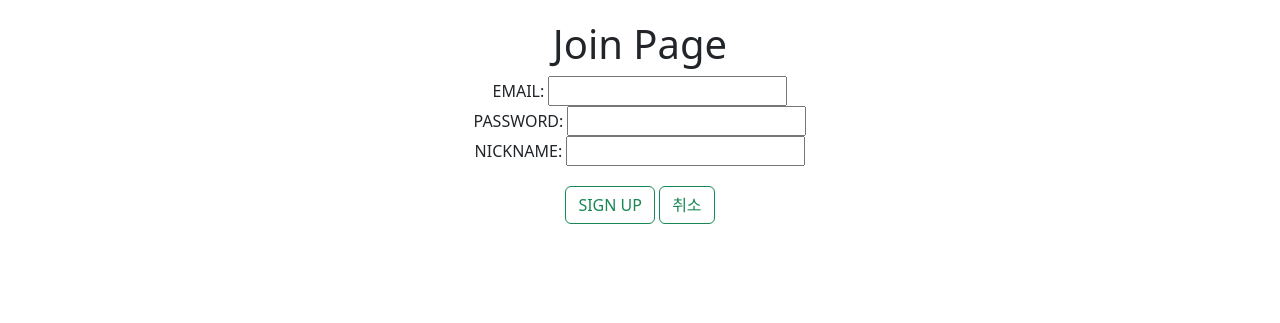
Repository: Raneechoi/java2022_09_03
Page: http://localhost/Project/mem/join
These files come from the project's save history. The page is drawn as it stood at one moment and after a run of saves; the edit follows.
The browser window is 1280 px wide. The pictures show the whole page.
The page is served by Tomcat 9. Other server files are loaded and not shown.

Above is the page before, as saved 2022-12-08 05:47:01.

### JSP_Board&Member/Project/src/main/webapp/member/join.jsp
<%@ page language="java" contentType="text/html; charset=UTF-8"
    pageEncoding="UTF-8"%>
<!DOCTYPE html>
<html>
<head>
<meta charset="UTF-8">
<title>Join</title>
<!-- CSS only -->
<link href="https://cdn.jsdelivr.net/npm/bootstrap@5.2.2/dist/css/bootstrap.min.css" rel="stylesheet" integrity="sha384-Zenh87qX5JnK2Jl0vWa8Ck2rdkQ2Bzep5IDxbcnCeuOxjzrPF/et3URy9Bv1WTRi" crossorigin="anonymous">
<!-- JavaScript Bundle with Popper -->
<script src="https://cdn.jsdelivr.net/npm/bootstrap@5.2.2/dist/js/bootstrap.bundle.min.js" integrity="sha384-OERcA2EqjJCMA+/3y+gxIOqMEjwtxJY7qPCqsdltbNJuaOe923+mo//f6V8Qbsw3" crossorigin="anonymous"></script>
</head>
<body style="text-align: center; margin-top: 20px">
   <h1>Join Page</h1>
   <form action="/mem/register" method="post">
      EMAIL: <input type="text" name="email"> <br>
      PASSWORD: <input type="text" name="pwd"> <br>
      NICKNAME: <input type="text" name="nick_name"> <br>
      <button type="submit"  class="btn btn-outline-success" style="margin-top: 20px">SIGN UP</button>
   <a href="/"><button type="button"  class="btn btn-outline-success" style="margin-top: 20px">취소</button></a>
   </form>
</body>
</html>

### JSP_Board&Member/Project/src/main/java/controller/MemberController.java
package controller;

import java.io.IOException;
import java.util.List;

import javax.servlet.RequestDispatcher;
import javax.servlet.ServletException;
import javax.servlet.annotation.WebServlet;
import javax.servlet.http.HttpServlet;
import javax.servlet.http.HttpServletRequest;
import javax.servlet.http.HttpServletResponse;
import javax.servlet.http.HttpSession;

import org.slf4j.Logger;
import org.slf4j.LoggerFactory;

import domain.MemberVO;
import service.MemberService;
import service.MemberServiceImpl;


@WebServlet("/mem/*")
public class MemberController extends HttpServlet {
	private static final long serialVersionUID = 1L;
	private static final Logger log = LoggerFactory.getLogger(MemberController.class);
    private RequestDispatcher rdp;
    private String destPage; //목적지 주소 기록 변수
    private int isOK;

    private MemberService msv; // interface로 생성 - service패키지에

    public MemberController() {
    	msv = new MemberServiceImpl();
    }

	protected void service(HttpServletRequest req, HttpServletResponse res) throws ServletException, IOException {
		req.setCharacterEncoding("utf-8");
		res.setCharacterEncoding("utf-8");
		res.setContentType("text/html; charset=utf-8");

		String uri = req.getRequestURI();
		String path = uri.substring(uri.lastIndexOf("/")+1);

		log.info(">>> URI > "+uri);
		log.info(">>> Path > "+path);
		switch (path) {
		case "login":
			destPage = "/member/login.jsp";
			break;

		case "login_auth":
			try {
				MemberVO mvo = msv.login(
						new MemberVO(
								req.getParameter("email"),
								req.getParameter("pwd")
								));
				log.info("login 객체 input");
				if(mvo != null) {
					//세션 가져오기. 연결된 세션이 없다면 새로 생성
					HttpSession ses = req.getSession();
					//ses로 mvo를 바인딩
					ses.setAttribute("ses", mvo);
					ses.setMaxInactiveInterval(10*60);  // 로그인 유지시간(10분)
				}else {
					req.setAttribute("msg_login", 0);
				}
				destPage="/";

			} catch (Exception e) {
				// TODO: handle exception
				e.printStackTrace();
			}
			break;

		case "join":
			try {
				destPage = "/member/join.jsp";
			} catch (Exception e) {
				e.printStackTrace();
			}
			break;

		case "register":
			isOK = msv.register(new MemberVO(
					req.getParameter("email"),
					req.getParameter("pwd"),
					req.getParameter("nick_name")
					));
			log.info(">>> join > "+(isOK > 0 ?"ok" :"fail"));
			destPage="login";
			break;

		case "logout":
			// 연결된 세션이 있다면 해당 세션을 가져오기
			try {
				HttpSession ses = req.getSession();
				ses.invalidate();  // 세션 끊기
				// 로그인된 email을 주고 로그인 시간 update
				isOK = msv.lastLogin(req.getParameter("email"));
				log.info(">>> lastLogin > "+(isOK > 0 ?"ok" :"fail"));
				destPage="/index.jsp";
			} catch (Exception e) {
				e.printStackTrace();
			}
			break;

		case "list":
			try {
				List<MemberVO> list = msv.getlist();
				req.setAttribute("list", list);
				destPage="/member/list.jsp";
			} catch (Exception e) {
				e.printStackTrace();
			}
			break;

		case "modify":
			try {
				log.info("modify check 1");
				MemberVO mvo = msv.selectOne(req.getParameter("email"));
				req.setAttribute("mvo", mvo);

				log.info("modify check 2");
				destPage = "/member/update.jsp";
			} catch (Exception e) {
				e.printStackTrace();
			}
			break;

		case "update":
			try {
				MemberVO mvo = new MemberVO(req.getParameter("email"), req.getParameter("pwd"), req.getParameter("nick_name"));
				int isOk = msv.update(mvo);
				destPage = "/";
			} catch (Exception e) {
				e.printStackTrace();
			}
			break;

		case "remove":
			try {
				HttpSession ses = req.getSession();
				ses.invalidate();  // 세션 끊기
				// 로그인된 email을 주고 로그인 시간 update
				isOK = msv.remove(req.getParameter("email"));
				log.info(">>> remove > "+(isOK > 0 ?"ok" :"fail"));
				destPage="/";

			} catch (Exception e) {
				e.printStackTrace();
			}
			break;

		default:
			break;
		}
		// 목적지 주소 값 세팅
		rdp = req.getRequestDispatcher(destPage);
		// 정보 싣고 보내기
		rdp.forward(req, res);
	}

	protected void doGet(HttpServletRequest req, HttpServletResponse res) throws ServletException, IOException {
		service(req, res);
	}

	protected void doPost(HttpServletRequest req, HttpServletResponse res) throws ServletException, IOException {
		service(req, res);
	}
}

### JSP_Board&Member/Project/src/main/java/service/MemberServiceImpl.java
package service;

import java.util.List;

import org.slf4j.Logger;
import org.slf4j.LoggerFactory;

import controller.MemberController;
import domain.MemberVO;
import repository.MemberDAO;
import repository.MemberDAOImpl;

public class MemberServiceImpl implements MemberService {

	private MemberDAO mdao;
	private static final Logger log = LoggerFactory.getLogger(MemberController.class);

	public MemberServiceImpl() {
		mdao = new MemberDAOImpl();
	}

	@Override
	public MemberVO login(MemberVO mvo) {
		log.info("login check 2");
		return mdao.selectOne(mvo);
	}

	@Override
	public int register(MemberVO mvo) {
		log.info("register check 2");
		return mdao.insert(mvo);
	}

	@Override
	public int lastLogin(String email) {
		log.info("lastLogin check 2");
		return mdao.update(email);
	}

	@Override
	public List<MemberVO> getlist() {
		log.info("list check 2");
		return mdao.listall();
	}

	@Override
	public int modify(MemberVO mvo) {
		log.info("modify check 2");
		return mdao.update(mvo);
	}

	@Override
	public MemberVO selectOne(String email) {
		// TODO Auto-generated method stub
		return mdao.selectOne(email);
	}

	@Override
	public int update(MemberVO mvo) {
		// TODO Auto-generated method stub
		return mdao.update(mvo);
	}

	@Override
	public int remove(String email) {
		// TODO Auto-generated method stub
		return mdao.remove(email);
	}
}

### JSP_Board&Member/Project/src/main/java/repository/MemberDAO.java
package repository;

import java.util.List;

import domain.MemberVO;

public interface MemberDAO {

	MemberVO selectOne(MemberVO mvo);

	int insert(MemberVO mvo);

	int update(String email);

	List<MemberVO> listall();

	int update(MemberVO mvo);

	MemberVO selectOne(String email);

	int remove(String email);

}

### JSP_Board&Member/Project/src/main/java/repository/MemberDAOImpl.java
package repository;

import java.util.List;

import org.apache.ibatis.session.SqlSession;
import org.slf4j.Logger;
import org.slf4j.LoggerFactory;

import domain.MemberVO;
import orm.DatabaseBuilder;

public class MemberDAOImpl implements MemberDAO {

	private static final Logger log = LoggerFactory.getLogger(MemberDAOImpl.class);
	private SqlSession sql;
	private final String NS = "MemberMapper.";

	public MemberDAOImpl() {
		new DatabaseBuilder();
		sql = DatabaseBuilder.getFactory().openSession();
	}

	@Override
	public MemberVO selectOne(MemberVO mvo) {
		log.info("login check 3");
		return sql.selectOne(NS+"login",mvo);
	}

	@Override
	public int insert(MemberVO mvo) {
		log.info("join check 3");
		int isOK = sql.insert(NS+"reg",mvo);
		if(isOK > 0) {
			sql.commit();
		}
		return isOK;
	}

	@Override
	public int update(String email) {
		log.info("lastLogin check 3");
		int isOK = sql.update(NS+"last", email);
		if(isOK > 0) sql.commit();
		return isOK;
	}

	@Override
	public List<MemberVO> listall() {
		log.info("list check 3");
		return sql.selectList(NS+"list");
	}

	@Override
	public int update(MemberVO mvo) {
		log.info("modify check 3");
		int isOK = sql.update(NS+"modify",mvo);
		if(isOK > 0) sql.commit();
		return isOK;
	}

	@Override
	public MemberVO selectOne(String email) {
		// TODO Auto-generated method stub
		return sql.selectOne(NS+"getOne", email);
	}

	@Override
	public int remove(String email) {
		// TODO Auto-generated method stub
		int isOK = sql.delete(NS+"remove",email);
		if(isOK > 0) sql.commit();
		return isOK;
	}

}

### JSP_Board&Member/Project/src/main/java/orm/DatabaseBuilder.java
package orm;

import org.apache.ibatis.io.Resources;
import org.apache.ibatis.session.SqlSessionFactory;
import org.apache.ibatis.session.SqlSessionFactoryBuilder;

public class DatabaseBuilder {

	private static SqlSessionFactory factory;

	static {
		try {
			factory = new SqlSessionFactoryBuilder()
					.build(Resources.getResourceAsReader("orm/MybatisConfig.xml"));
		} catch (Exception e) {
			e.printStackTrace();
		}
	}

	public static SqlSessionFactory getFactory() {
		return factory;
	}

}

### JSP_Board&Member/Project/src/main/java/domain/MemberVO.java
package domain;

public class MemberVO {

	private String email;
	private String pwd;
	private String nick_name;
	private String reg_at;
	private String last_login;

	public MemberVO() {}

	//login : email, pwd
	public  MemberVO(String email, String pwd) {
		this.email = email;
		this.pwd = pwd;
	}

	// join,modify : email, pwd, nick_name
	public MemberVO(String email, String pwd, String nick_name) {
		this.email = email;
		this.pwd = pwd;
		this.nick_name = nick_name;
	}

	// list : all
	public MemberVO(String email, String pwd, String nick_name, String reg_at, String last_login) {
		this.email = email;
		this.pwd = pwd;
		this.nick_name = nick_name;
		this.reg_at = reg_at;
		this.reg_at = last_login;
	}

	public String getEmail() {
		return email;
	}

	public void setEmail(String email) {
		this.email = email;
	}

	public String getPwd() {
		return pwd;
	}

	public void setPwd(String pwd) {
		this.pwd = pwd;
	}

	public String getNick_name() {
		return nick_name;
	}

	public void setNick_name(String nick_name) {
		this.nick_name = nick_name;
	}

	public String getReg_at() {
		return reg_at;
	}

	public void setReg_at(String reg_at) {
		this.reg_at = reg_at;
	}

	public String getLast_login() {
		return last_login;
	}

	public void setLast_login(String last_login) {
		this.last_login = last_login;
	}

}

### JSP_Board&Member/Project/src/main/java/domain/BoardVO.java
package domain;

public class BoardVO {

	private int bno;
	private String title;
	private String writer;
	private String content;
	private String reg_date;
	private int read_count;
	private String image_file;

	public BoardVO() {}

	// insert(title, writer, content)
	public BoardVO(String title, String writer, String content) {
		this.title = title;
		this.writer = writer;
		this.content = content;
	}

	// list(bno, title, writer, reg_date, read_count)
	public BoardVO(int bno, String title, String writer, String reg_date, int read_count) {
		this.bno = bno;
		this.title = title;
		this.writer = writer;
		this.reg_date = reg_date;
		this.read_count = read_count;
	}

	// detail (all)
	public BoardVO(int bno, String title, String writer, String content, String reg_date, int read_count, String image_file) {
		this.bno = bno;
		this.title = title;
		this.writer = writer;
		this.content = content;
		this.reg_date = reg_date;
		this.read_count = read_count;
		this.image_file = image_file;
	}

	// update(bno, title, content)
	public BoardVO(int bno, String title, String content) {
		this.bno = bno;
		this.title = title;
		this.content = content;
	}

	//(bno, read_count)
	public BoardVO(int bno, int read_count) {
		this.bno = bno;
		this.read_count = read_count;
	}

	public int getBno() {
		return bno;
	}

	public void setBno(int bno) {
		this.bno = bno;
	}

	public String getTitle() {
		return title;
	}

	public void setTitle(String title) {
		this.title = title;
	}

	public String getWriter() {
		return writer;
	}

	public void setWriter(String writer) {
		this.writer = writer;
	}

	public String getContent() {
		return content;
	}

	public void setContent(String content) {
		this.content = content;
	}

	public String getReg_date() {
		return reg_date;
	}

	public void setReg_date(String reg_date) {
		this.reg_date = reg_date;
	}

	public int getRead_count() {
		return read_count;
	}

	public void setRead_count(int read_count) {
		this.read_count = read_count;
	}

	public String getImage_file() {
		return image_file;
	}

	public void setImage_file(String image_file) {
		this.image_file = image_file;
	}

}

### JSP_Board&Member/Project/src/main/java/domain/PagingVO.java
package domain;

public class PagingVO {

	private int pageNo;  // 현재 화면에 출력되는 페이지네이션 번호
	private int qty;     // 한 페이지당 보여줄 게시글 수

	public PagingVO() {  // 페이지네이션을 클릭하기 전 기본 리스트 출력 값
		this(1,10);
	}

	public PagingVO(int pageNo, int qty) {
		this.pageNo = pageNo;
		this.qty = qty;
	}

	public int getPageStart() {
		return (this.pageNo-1)*qty;   // 시작페이지 번호 구하기
	}

	public int getPageNo() {
		return pageNo;
	}

	public void setPageNo(int pageNo) {
		this.pageNo = pageNo;
	}

	public int getQty() {
		return qty;
	}

	public void setQty(int qty) {
		this.qty = qty;
	}


}

### JSP_Board&Member/Project/src/main/java/domain/CommentVO.java
package domain;

public class CommentVO {

	private int cno;
	private int bno;
	private String writer;
	private String content;
	private String reg_at;

	public CommentVO() { }

	// post(bno, writer, content)
	public CommentVO(int bno, String writer, String content) {
		this.bno = bno;
		this.writer = writer;
		this.content = content;
	}

	// modify
	public CommentVO(int cno, String content) {
		this.cno = cno;
		this.content = content;
	}

	// list(bno, cno, writer, content, reg_at)
	public CommentVO(int cno, int bno, String writer, String content, String reg_at) {
		this.cno = cno;
		this.bno = bno;
		this.writer = writer;
		this.content = content;
		this.reg_at = reg_at;
	}

	public int getCno() {
		return cno;
	}

	public void setCno(int cno) {
		this.cno = cno;
	}

	public int getBno() {
		return bno;
	}

	public void setBno(int bno) {
		this.bno = bno;
	}

	public String getWriter() {
		return writer;
	}

	public void setWriter(String writer) {
		this.writer = writer;
	}

	public String getContent() {
		return content;
	}

	public void setContent(String content) {
		this.content = content;
	}

	public String getReg_at() {
		return reg_at;
	}

	public void setReg_at(String reg_at) {
		this.reg_at = reg_at;
	}


}

After the next 3 saves:
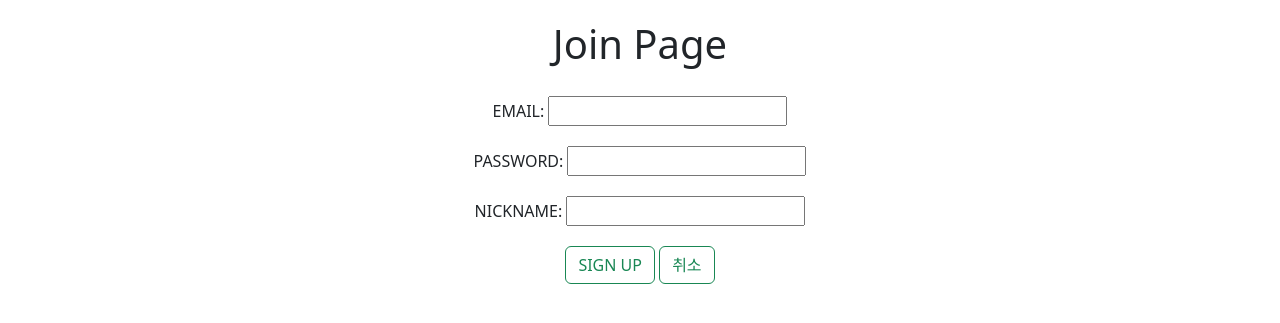
The 3 saves are shown as one change because they came seconds apart.
The last was saved 16 s later.
--- a/JSP_Board&Member/Project/src/main/webapp/member/join.jsp
+++ b/JSP_Board&Member/Project/src/main/webapp/member/join.jsp
@@ -13,9 +13,9 @@
 <body style="text-align: center; margin-top: 20px">
    <h1>Join Page</h1>
    <form action="/mem/register" method="post">
-      EMAIL: <input type="text" name="email"> <br>
-      PASSWORD: <input type="text" name="pwd"> <br>
-      NICKNAME: <input type="text" name="nick_name"> <br>
+      EMAIL: <input type="text" name="email" style="margin-top: 20px"> <br>
+      PASSWORD: <input type="text" name="pwd" style="margin-top: 20px"> <br>
+      NICKNAME: <input type="text" name="nick_name" style="margin-top: 20px"> <br>
       <button type="submit"  class="btn btn-outline-success" style="margin-top: 20px">SIGN UP</button>
    <a href="/"><button type="button"  class="btn btn-outline-success" style="margin-top: 20px">취소</button></a>
    </form>
